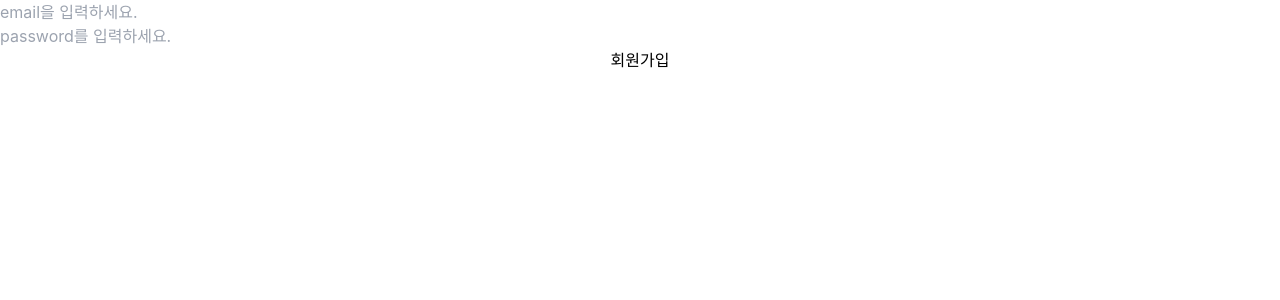
Repository: Hwang-uihyuk/wanted-pre-onboarding-frontend
Page: /signin
The author's editor kept a copy of each file at every save. The page is drawn from the files as they stood at one save, then again after the next save.
The browser window is 1280 px wide. The pictures show the whole page.
The project was rebuilt for these pictures with package versions that can differ from the ones it lists, and the page was loaded fresh each time. Also part of the build but not shown: src/App.css, src/pages/Home.jsx, src/pages/SignUp.jsx, src/pages/NotFound.jsx, src/pages/Todo.jsx.

Above is the page before, as saved 2023-02-07 22:19:23.

### src/index.js
import React from 'react';
import ReactDOM from 'react-dom/client';
import './index.css';
import App from './App';
import reportWebVitals from './reportWebVitals';
import { createBrowserRouter,RouterProvider } from 'react-router-dom';
import Home from './pages/Home';
import SignIn from './pages/SignIn';
import SignUp from './pages/SignUp';
import NotFound from './pages/NotFound';
import Todo from './pages/Todo';



const router = createBrowserRouter([
  {
    path:'/',
    element:<App/>,
    errorElement:<NotFound/>,
    children:[
      {
        index:true,
        path:'/',
        element :<Home/>
      },

      {
        path:'/signup',
        element:<SignUp/>
      },

      {
        path:'/signin',
        element:<SignIn/>
      },

      {
        path:'/todo',
        element:<Todo/>
      },


    ]
  }
])
const root = ReactDOM.createRoot(document.getElementById('root'));
root.render(
  <React.StrictMode>
    <RouterProvider router ={router} />
  </React.StrictMode>
);

// If you want to start measuring performance in your app, pass a function
// to log results (for example: reportWebVitals(console.log))
// or send to an analytics endpoint. Learn more: https://bit.ly/CRA-vitals
reportWebVitals();

### src/App.js
import logo from './logo.svg';
import './App.css';
import './index.css'
import SignIn from './pages/SignIn';
import { Outlet } from 'react-router';

function App() {
  return (
    <div>
      <Outlet/>
    </div>

  );
}

export default App;

### src/pages/SignIn.jsx
import React, { useEffect } from 'react'
import { useState } from 'react';

export default function SignIn() {

    const [form, setForm] = useState({
        email : "",
        password : "",
    })
//   const [email, setEmail] = useState("")
//   const [password, setPassWord] = useState("")

//   const [msgEmail, setEmailMsg] = useState("")
//   const [msgPw, setPwMsg] = useState("")

//   const [isEmail, setIsEmail] = useState(false)
//   const [isPw, setIsPw] = useState(false)

//   const [activeBtn, setActiveBtn] = useState(true);

//   //email event handler
//   const onEmailHandler = (e) => {
//     const currentEmail = e.currentTarget.value;
//     setEmail(currentEmail);
//     const emailRegExp = /^[A-Za-z0-9._%+-]+@[A-Za-z0-9.-]+.[A-Za-z]{2,6}$/;
//     if (!emailRegExp.test(currentEmail)){
//         console.log("email asdf")
//         setEmailMsg("이메일 형식에 맞게 입력해주세요 ex) hello@example.com")
//         setIsEmail(false);
//     }else{
//         setEmailMsg("사용 가능한 이메일입니다.");
//         setIsEmail(true)
//     }
//   }

//   //password event handler
//   const onPwHandler = (e) => {
//       const currentPw = e.currentTarget.value;
//       setPassWord(currentPw);
//       const pwRegExp = /^[a-z0-9]{8,12}$/;
//       if(!pwRegExp.test(currentPw)){
//           console.log("asdf")
//           setPwMsg("비밀번호를 8자 이상 입력해주세요.");
//           setIsPw(false);
//       }else{
//           console.log("success")
//           setPwMsg("사용 가능한 비밀번호 입니다.");
//           setIsPw(true);
//       }


//   }


//   const onSubmitHandler = (e) => {
//     e.preventdefault();
//     // if(isEmail && isPw){}

  return (
    <div>
       <form className='flex flex-col al-center'>
       <input
        data-testid="email-input"
        placeholder='email을 입력하세요.'
        type="email"
        value={form.email}
        onChange={e => setForm({...form, email: e.target.value})}>
        </input>

        <input
        data-testid="password-input"
        placeholder='password를 입력하세요.'
        type="password"
        value={form.password}
        onChange={e => setForm({...form, password:e.target.value})}>
        </input>

        <button
        data-testid="signpu-button"
        >회원가입</button>

        </form>
    </div>

  )
}

Loaded but not shown: public/index.html (common file); src/index.css (common file); src/reportWebVitals.js (common file); tailwind.config.js (common file)

After the next save:
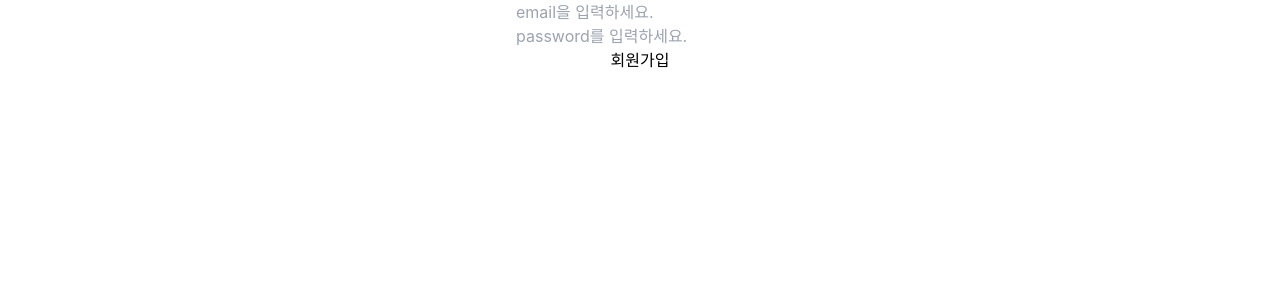
Saved 20 s later.
--- a/src/pages/SignIn.jsx
+++ b/src/pages/SignIn.jsx
@@ -58,7 +58,7 @@ export default function SignIn() {
 
   return (
     <div>
-       <form className='flex flex-col al-center'>
+       <form className='flex flex-col items-center'>
        <input
         data-testid="email-input"
         placeholder='email을 입력하세요.'
